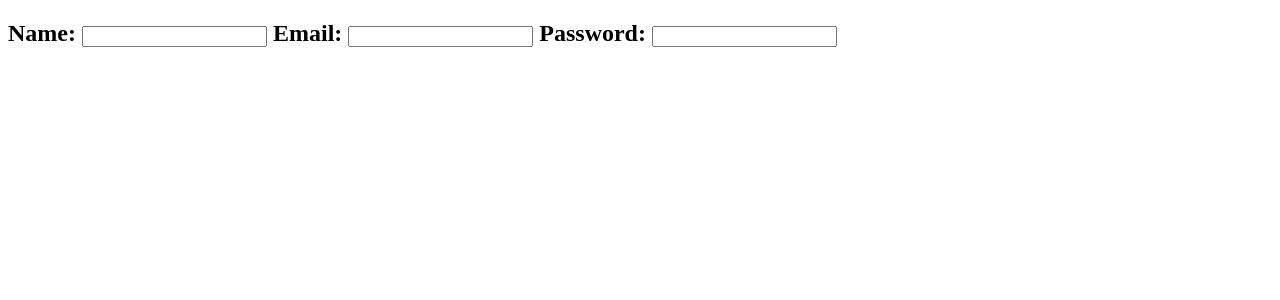
Repository: mhaskenita/Web_Base_Java
Page: http://localhost/Flight_Reservation_Management/registration.jsp
An editor plug-in stored every save of this project. The page is shown before and after the next save, followed by the edit.
The browser window is 1280 px wide. The pictures show the whole page.
The page is served by Tomcat 10. Other server files are loaded and not shown.

Above is the page before, as saved 2025-04-22 02:51:23.

### Flight_Reservation_Management/src/main/webapp/registration.jsp
<%@ page language="java" contentType="text/html; charset=UTF-8"
    pageEncoding="UTF-8"%>
<!DOCTYPE html>
<html>
<head>
<meta charset="UTF-8">
<title>Registration Page</title>
</head>
<body>
<form action="registration" method="post">
<h2>
Name:
<input type="text" name="name"/>
Email:
<input type="text" name="email"/>
Password:
<input type="text" name="password"/>
</h2>
</form>

</body>
</html>

After the next save:
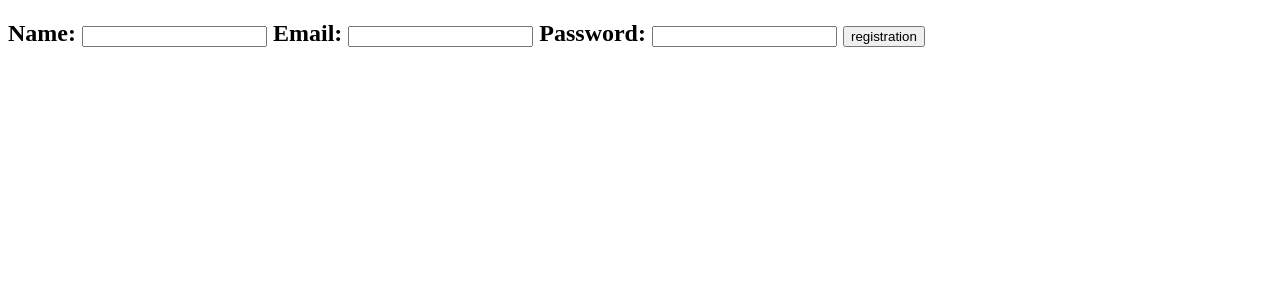
Saved 57 s later.
--- a/Flight_Reservation_Management/src/main/webapp/registration.jsp
+++ b/Flight_Reservation_Management/src/main/webapp/registration.jsp
@@ -15,6 +15,7 @@
 <input type="text" name="email"/>
 Password:
 <input type="text" name="password"/>
+<input type="submit" value="registration"/>
 </h2>
 </form>
 
